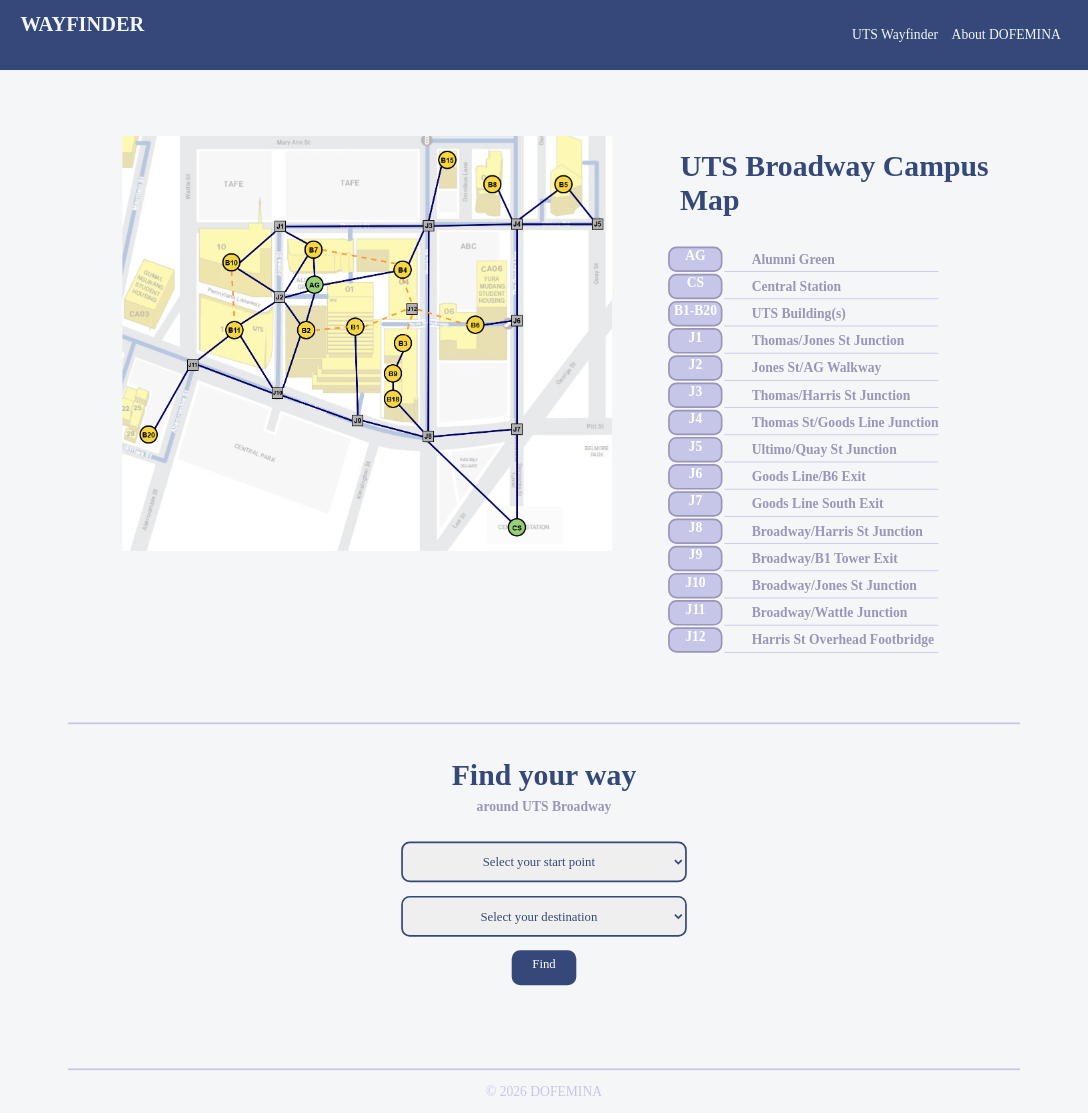
Repository: Meerab-K/uts-wayfinder
Page: html/index.html
These files come from the project's save history. The page is drawn as it stood at one moment and after the next save; the edit follows.
The browser window is 1280 px wide. The pictures show the whole page, at 85% of full size.
Some web fonts or font styles are not loaded; a fallback is used.

Above is the page before, as saved 2026-10-19 16:10:23.

After the next save:
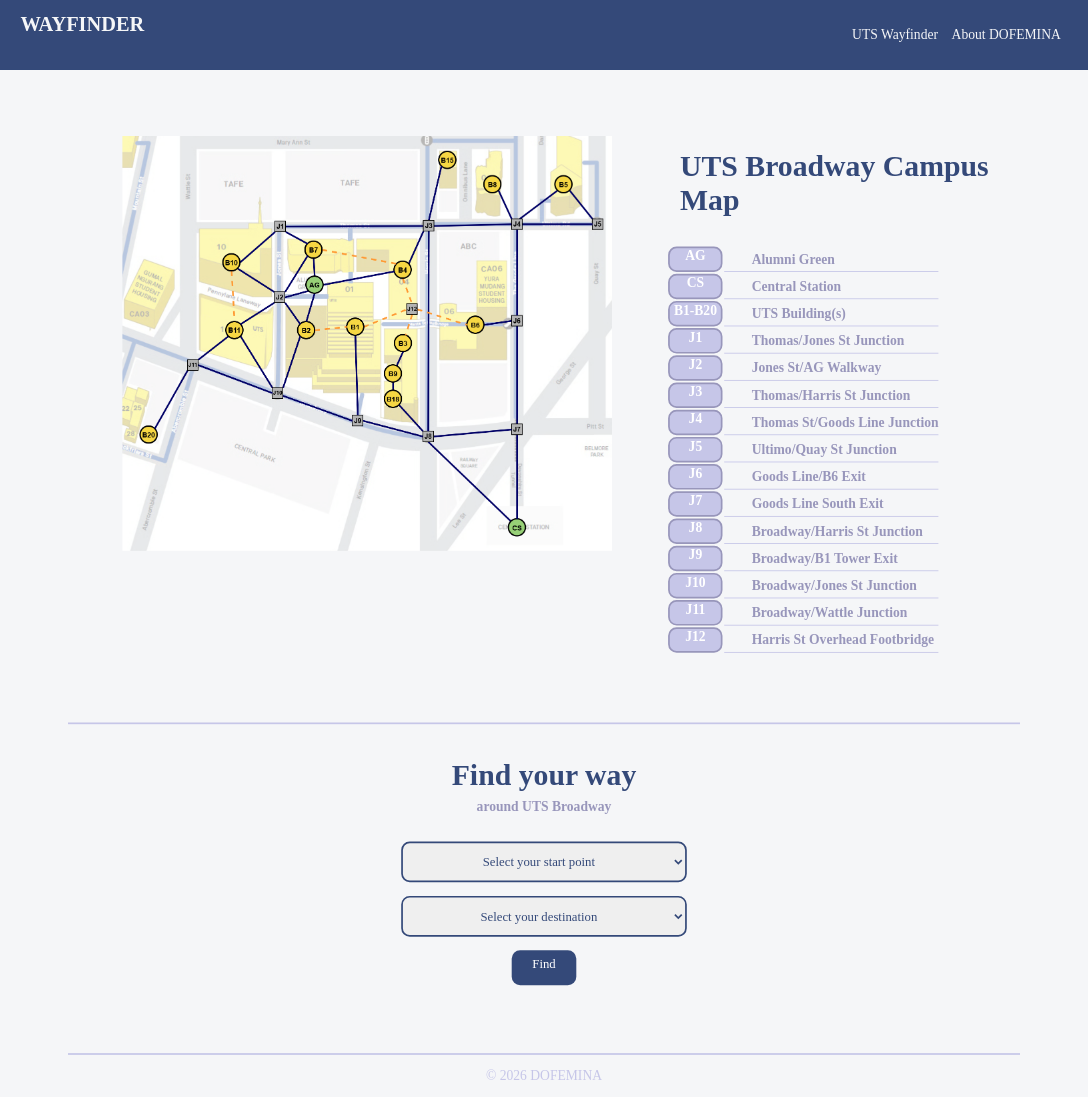
Saved 33 s later.
--- a/html/index.html
+++ b/html/index.html
@@ -150,12 +150,9 @@
 
                     <button type="submit">Find</button>
                 </form>
-
-                <div id="path_result"></div>
-                </div>
             </div>
 
-            <img src="" alt="">
+            <div id="path_result"></div>
         </section>
     </main>
 
